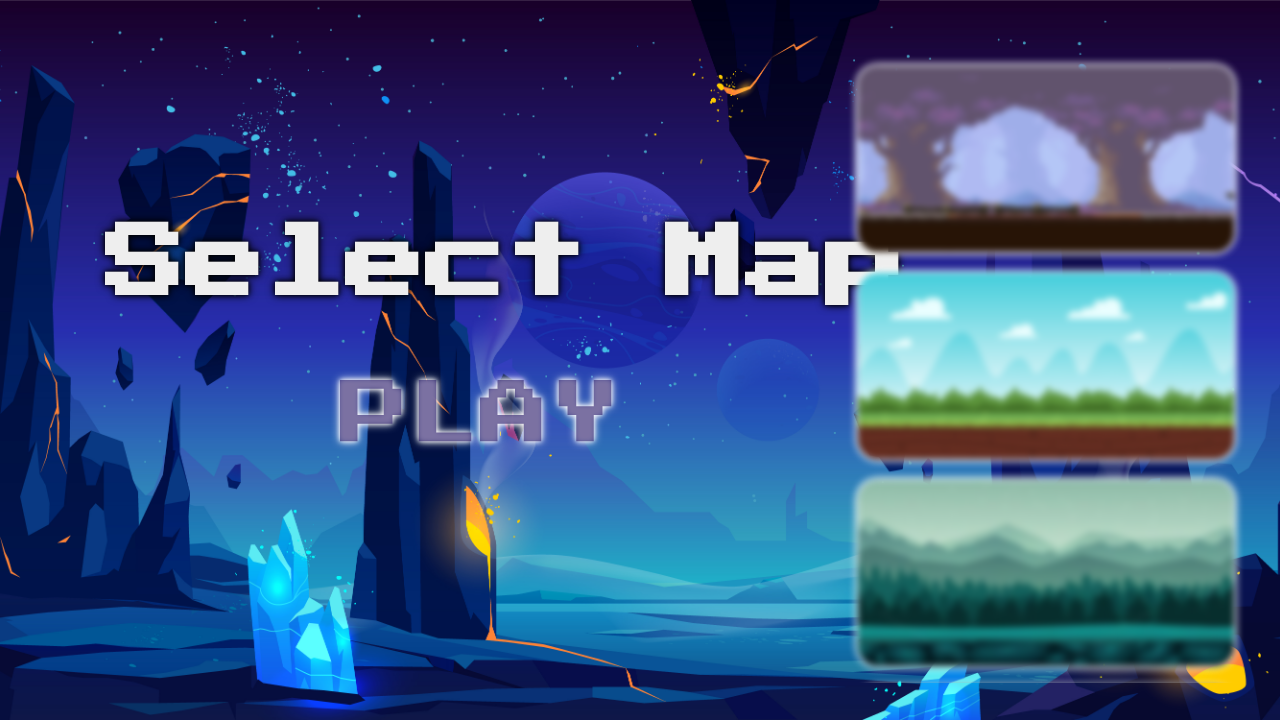
Repository: Gaurav31052/Fighting-game
Page: home.html
These files come from the project's save history. The page is drawn as it stood at one moment and after the next save; the edit follows.
The browser window is 1280 px wide. The pictures show the whole page.
An inner scrolling area shows only its first screen.

Above is the page before, as saved 2024-06-06 23:46:16.

After the next save:
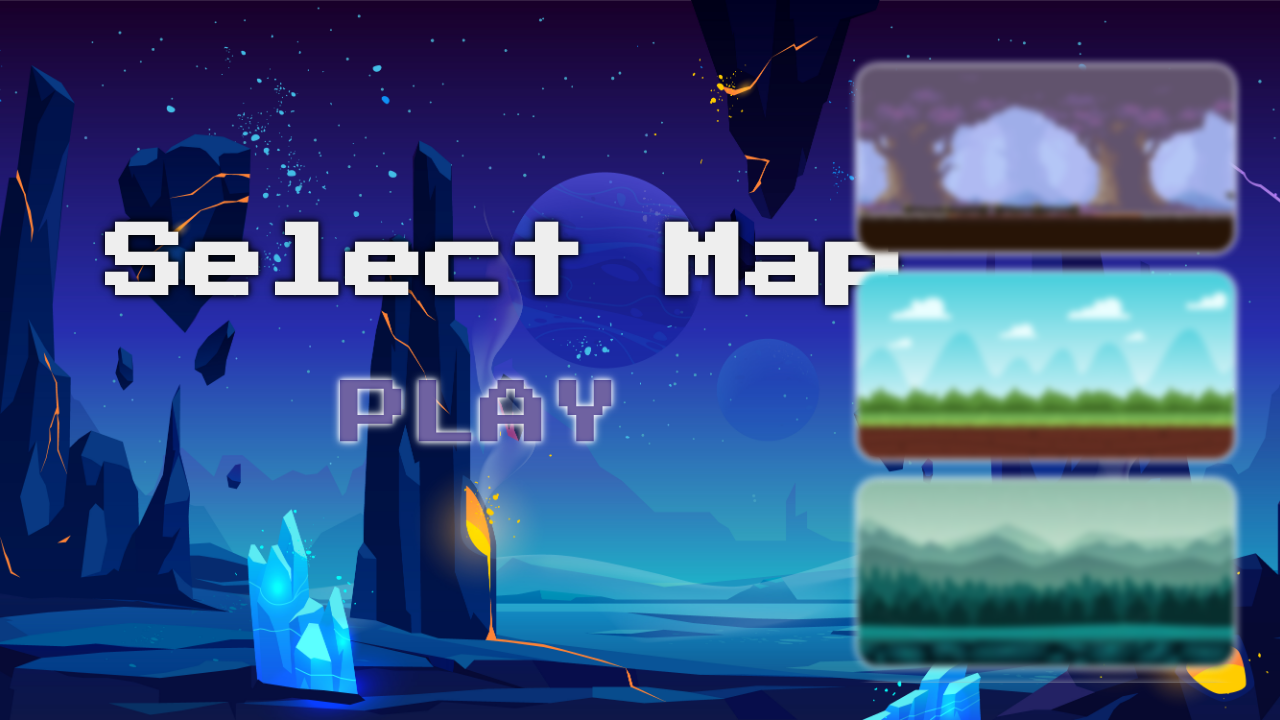
Saved 46 s later.
--- a/style.css
+++ b/style.css
@@ -10,7 +10,7 @@ body {
 
 a {
     text-decoration: none;
-    color: #30216ea2;
+    color: #1d096da2;
 }
 
 /* carousel */
